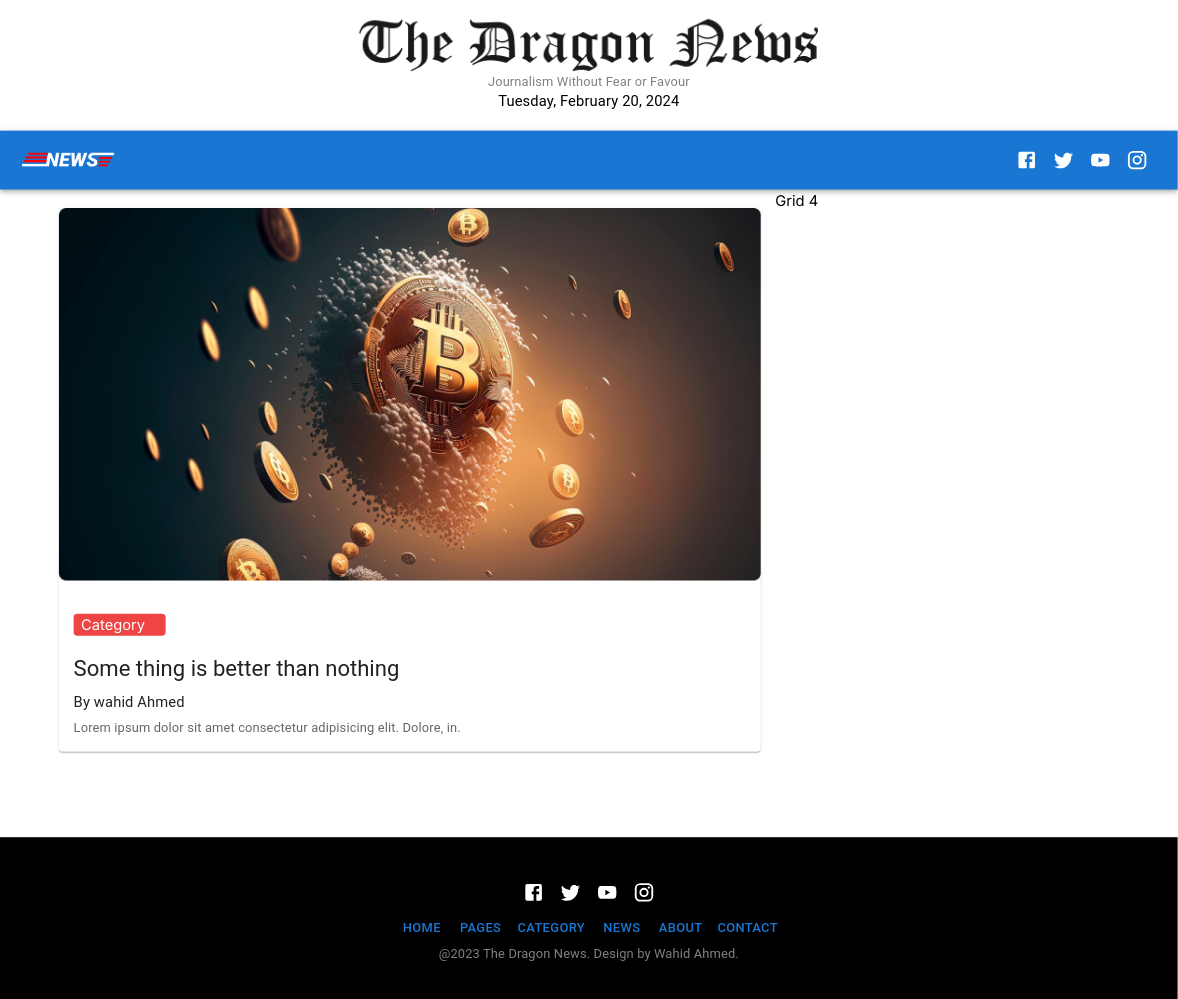
Repository: Wahid137/daily-news-nextjs
Page: /
These files come from the project's save history. The page is drawn as it stood at one moment and after the next save; the edit follows.
The browser window is 1280 px wide. The pictures show the whole page, at 92% of full size.
The project was rebuilt for these pictures with package versions that can differ from the ones it lists, and the page was loaded fresh each time. The framework's server and built-in components were replaced by stand-ins that run in the browser. Also part of the build but not shown: next.config.mjs.

Above is the page before, as saved 2024-02-22 23:08:19.

### src/app/layout.js
import Footer from "@/components/shared/Footer";
import Navbar from "@/components/shared/Navbar";
import { Container } from "@mui/material";
import { Inter } from "next/font/google";
import "./globals.css";

const inter = Inter({ subsets: ["latin"] });

export const metadata = {
  title: "Create Next App",
  description: "Generated by create next app",
};

export default function RootLayout({ children }) {
  return (
    <html lang="en">
      <body className={inter.className}>
        <Navbar />
        <Container className="h-screen">
          {children}
        </Container>
        <Footer />
      </body>
    </html>
  );
}

### src/app/page.js
import LatestNews from "@/components/ui/LatestNews/LatestNews";
import { Grid } from "@mui/material";

export default function Home() {
  return (
    <Grid container spacing={2}>
      <Grid item xs={8}>
        <LatestNews />
      </Grid>
      <Grid item xs={4}>
        <h1>Grid 4</h1>
      </Grid>
    </Grid>
  );
}

### src/components/shared/Footer.js
import {
    Box,
    Button,
    Container,
    IconButton,
    Typography
} from "@mui/material";
// icons
import { Facebook, Instagram, Twitter, YouTube } from "@mui/icons-material";
import Link from "next/link";
const Footer = () => {
    const navItems = [
        {
            route: "Home",
            pathname: "/",
        },
        {
            route: "Pages",
            pathname: "/pages",
        },
        {
            route: "Category",
            pathname: "/category",
        },
        {
            route: "News",
            pathname: "/news",
        },
        {
            route: "About",
            pathname: "/about",
        },
        {
            route: "Contact",
            pathname: "/contact",
        },
    ];
    return (
        <Box className="bg-black px-2 py-10">
            <Container>
                <Box
                    className="w-full text-center"
                    sx={{
                        "& svg": {
                            color: "white",
                        },
                    }}
                >
                    <IconButton>
                        <Facebook />
                    </IconButton>
                    <IconButton>
                        <Twitter />
                    </IconButton>
                    <IconButton>
                        <YouTube />
                    </IconButton>
                    <IconButton>
                        <Instagram />
                    </IconButton>
                </Box>
                <Box className="w-full text-center">
                    {navItems.map((item) => (
                        <Link key={item} href={item.pathname}>
                            <Button className="text-white">{item.route}</Button>
                        </Link>
                    ))}
                </Box>

                <Typography variant="body2" color="gray" textAlign="center">
                    @2023 The Dragon News. Design by Wahid Ahmed.
                </Typography>
            </Container>
        </Box>
    );
};

export default Footer;

### src/components/shared/Navbar.js
"use client"

import logo from "@/assets/logo.png";
import { Facebook, Instagram, Twitter, YouTube } from "@mui/icons-material";
import { IconButton, Stack } from "@mui/material";
import AppBar from '@mui/material/AppBar';
import Box from '@mui/material/Box';
import Button from '@mui/material/Button';
import Container from '@mui/material/Container';
import Toolbar from '@mui/material/Toolbar';
import Image from 'next/image';
import Header from "./Header";

const navItems = [
    {
        route: "Home",
        pathname: "/",
    },
    {
        route: "Pages",
        pathname: "/pages",
    },
    {
        route: "Category",
        pathname: "/categories/news?category=all-news",
    },
    {
        route: "News",
        pathname: "/news",
    },
    {
        route: "About",
        pathname: "/about",
    },
    {
        route: "Contact",
        pathname: "/contact",
    },
];



function Navbar() {


    return (
        <>
            <Header />
            <AppBar position="static" className="bg-black">
                <Container maxWidth="xl">
                    <Toolbar disableGutters>

                        <Image src={logo} width={100} height={100} alt='logo' />

                        <Box className="w-full text-center">
                            {navItems.map((item) => (
                                <Button
                                    key={item}
                                    className="text-white r"
                                >
                                    {item.route}
                                </Button>
                            ))}
                        </Box>

                        <Box>
                            <Stack
                                direction="row"
                                sx={{
                                    "& svg": {
                                        color: "white",
                                    },
                                }}
                            >
                                <IconButton>
                                    <Facebook />
                                </IconButton>
                                <IconButton>
                                    <Twitter />
                                </IconButton>
                                <IconButton>
                                    <YouTube />
                                </IconButton>
                                <IconButton>
                                    <Instagram />
                                </IconButton>
                            </Stack>
                        </Box>

                    </Toolbar>
                </Container>
            </AppBar>
        </>
    );
}
export default Navbar;

### src/components/ui/LatestNews/LatestNews.js
"use client"
import topNews from "@/assets/top-news.png";
import { Box, CardActionArea, CardContent, Typography } from '@mui/material';
import Card from '@mui/material/Card';
import CardMedia from '@mui/material/CardMedia';
import Image from 'next/image';

export default function LatestNews() {
    return (
        <Box className="my-5">
            <Card >
                <CardActionArea>
                    <CardMedia>
                        <Image
                            src={topNews}
                            width={800}
                            height={500}
                            alt="top news"
                        />                </CardMedia>

                    <CardContent>
                        <p
                            className="
                      w-[100px]
                      bg-red-500
                      px-2
                      text-white
                      my-5
                      rounded
                      "
                        >
                            Category
                        </p>
                        <Typography gutterBottom variant="h5" component="div">
                            Some thing is better than nothing
                        </Typography>
                        <Typography gutterBottom className="my-3">
                            By wahid Ahmed
                        </Typography>
                        <Typography variant="body2" color="text.secondary">
                            Lorem ipsum dolor sit amet consectetur adipisicing elit. Dolore, in.
                        </Typography>
                    </CardContent>
                </CardActionArea>
            </Card >
        </Box>
    );
}

### src/components/shared/Header.js
import headingImage from "@/assets/The Dragon News.png";
import { getCurrentDate } from "@/utils/getCurrentData";
import { Box, Container, Typography } from "@mui/material";
import Image from "next/image";
const Header = () => {
    const currentDate = getCurrentDate();
    return (
        <Box className="w-full my-5">
            <Container>
                <Image
                    src={headingImage}
                    width={500}
                    height={500}
                    alt="logo"
                    className=" mx-auto"
                />
                <Typography
                    variant="body2"
                    color="gray"
                    textAlign="center"
                    className="my-2"
                >
                    Journalism Without Fear or Favour
                </Typography>
                <Typography textAlign="center">{currentDate}</Typography>
            </Container>
        </Box>
    );
};

export default Header;

### src/utils/getCurrentData.js
export function getCurrentDate() {
    const currentDate = new Date();

    const days = [
        "Sunday",
        "Monday",
        "Tuesday",
        "Wednesday",
        "Thursday",
        "Friday",
        "Saturday",
    ];
    const months = [
        "January",
        "February",
        "March",
        "April",
        "May",
        "June",
        "July",
        "August",
        "September",
        "October",
        "November",
        "December",
    ];

    const day = days[currentDate.getDay()];
    const month = months[currentDate.getMonth()];
    const date = currentDate.getDate();
    const year = currentDate.getFullYear();

    return `${day}, ${month} ${date}, ${year}`;
}

// Call the function to display the current date
// getCurrentDate();

Loaded but not shown: src/app/globals.css (common file); tailwind.config.js (common file)

After the next save:
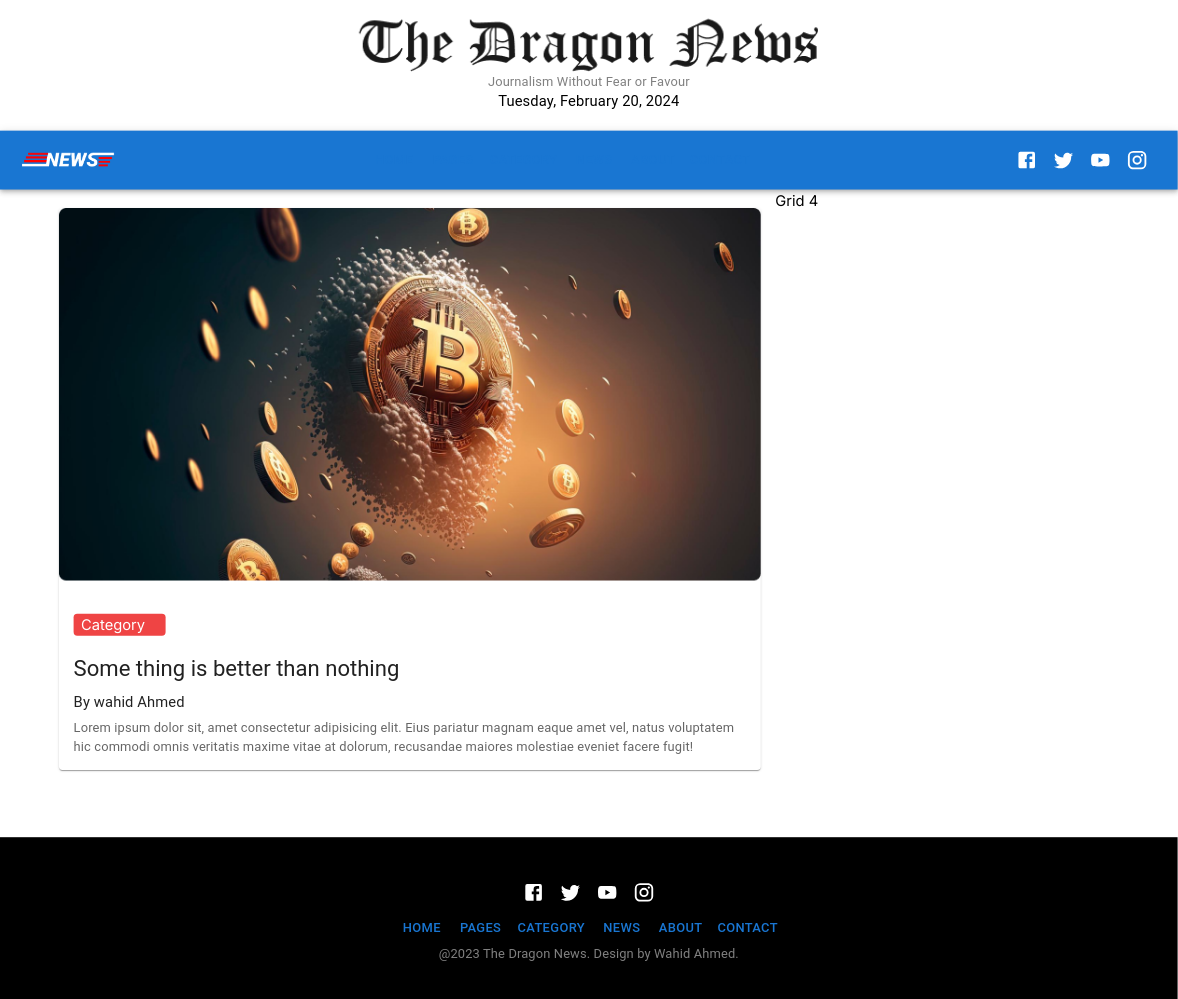
Saved 25 s later.
--- a/src/components/ui/LatestNews/LatestNews.js
+++ b/src/components/ui/LatestNews/LatestNews.js
@@ -38,7 +38,7 @@ export default function LatestNews() {
                             By wahid Ahmed
                         </Typography>
                         <Typography variant="body2" color="text.secondary">
-                            Lorem ipsum dolor sit amet consectetur adipisicing elit. Dolore, in.
+                            Lorem ipsum dolor sit, amet consectetur adipisicing elit. Eius pariatur magnam eaque amet vel, natus voluptatem hic commodi omnis veritatis maxime vitae at dolorum, recusandae maiores molestiae eveniet facere fugit!
                         </Typography>
                     </CardContent>
                 </CardActionArea>
